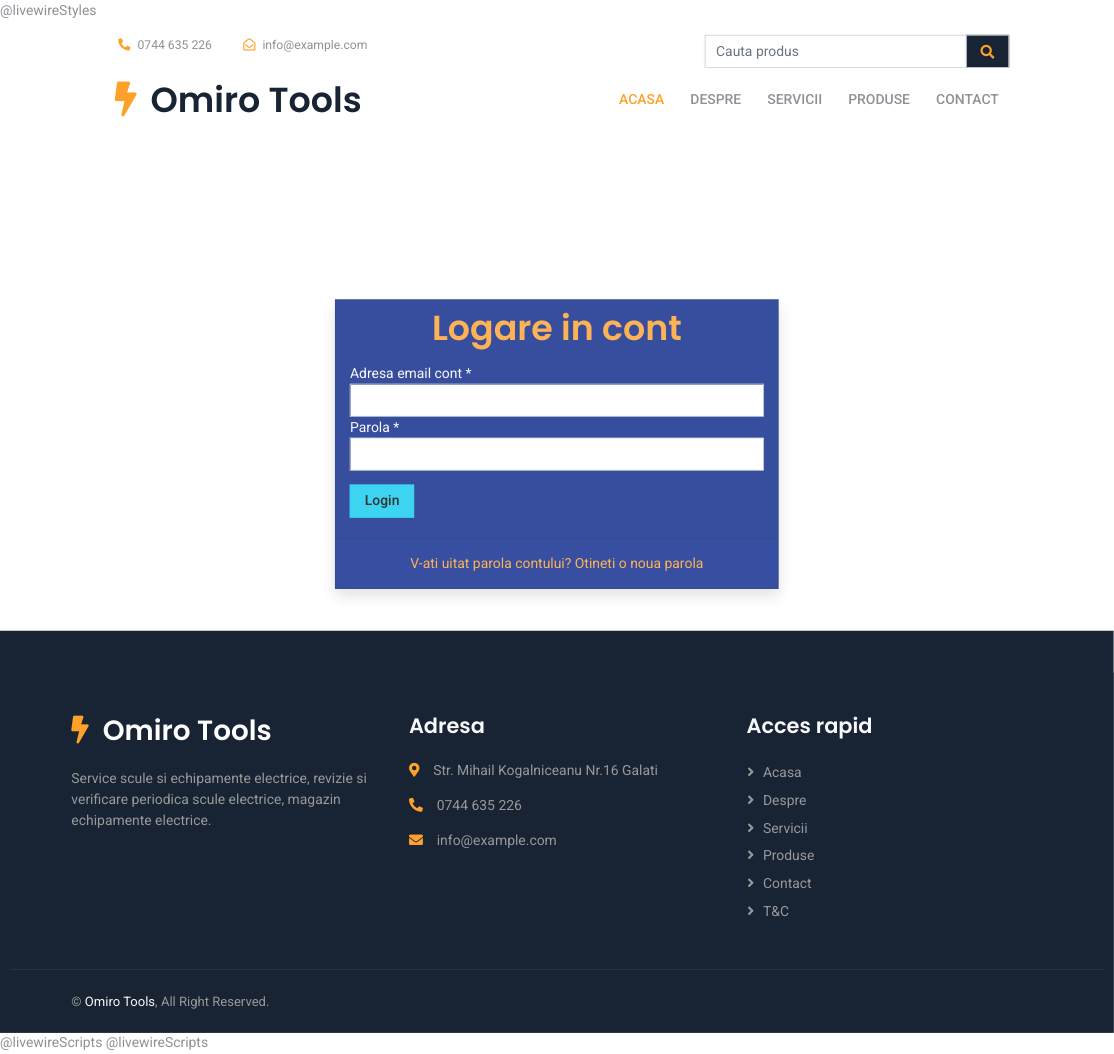
Repository: sorina0109/laravel_test
Page: http://localhost/login
The author's editor kept a copy of each file at every save. The page is drawn from the files as they stood at one save, then again after the next save.
The browser window is 1280 px wide. The pictures show the whole page, at 87% of full size.
Some web libraries are served in a nearby version. The page is served by the project's Laravel application, run on PHP 8.4 with Laravel 10.

Above is the page before, as saved 2023-08-15 14:52:17.

After the next save:
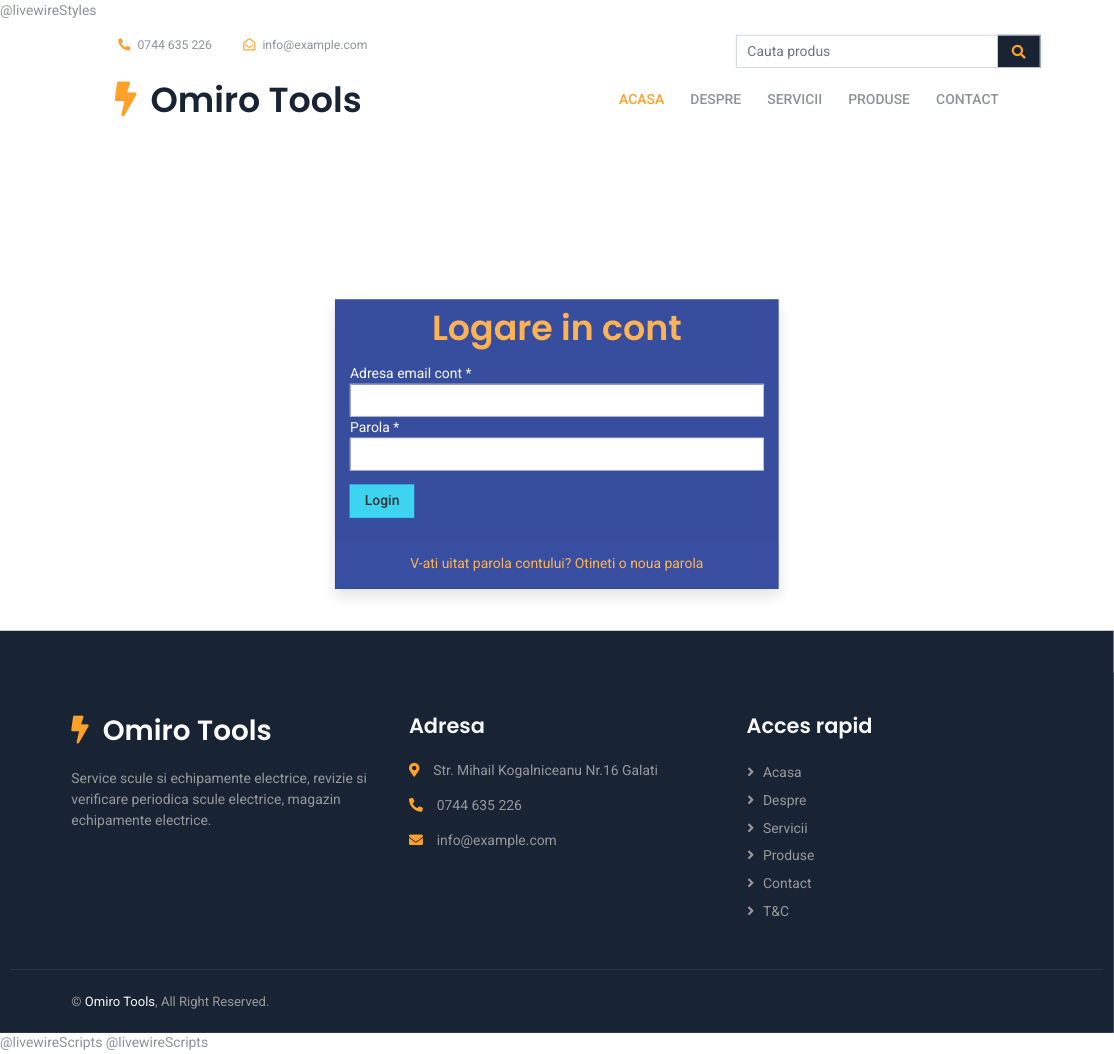
Saved 46 s later.
--- a/resources/views/front/partials/topbar.blade.php
+++ b/resources/views/front/partials/topbar.blade.php
@@ -15,7 +15,7 @@
                 <small>Luni - Vineri : 08.30 - 17.30</small>
             </div>
         </div>
-        <div class="col-lg-6 d-none d-lg-block text-end px-xl-5 pt-3" >
+        <div class="col-lg-6 d-none d-lg-block text-end pt-3" >
             <form style="display: inline-block;" action="{{ route('search') }}" method="GET" id="search-bar">
                 <div class="input-group shadow-sm " style="width: 350px;">
                     <input name="search_product" type="text" class="form-control " placeholder="Cauta produs" >

After the save that followed:
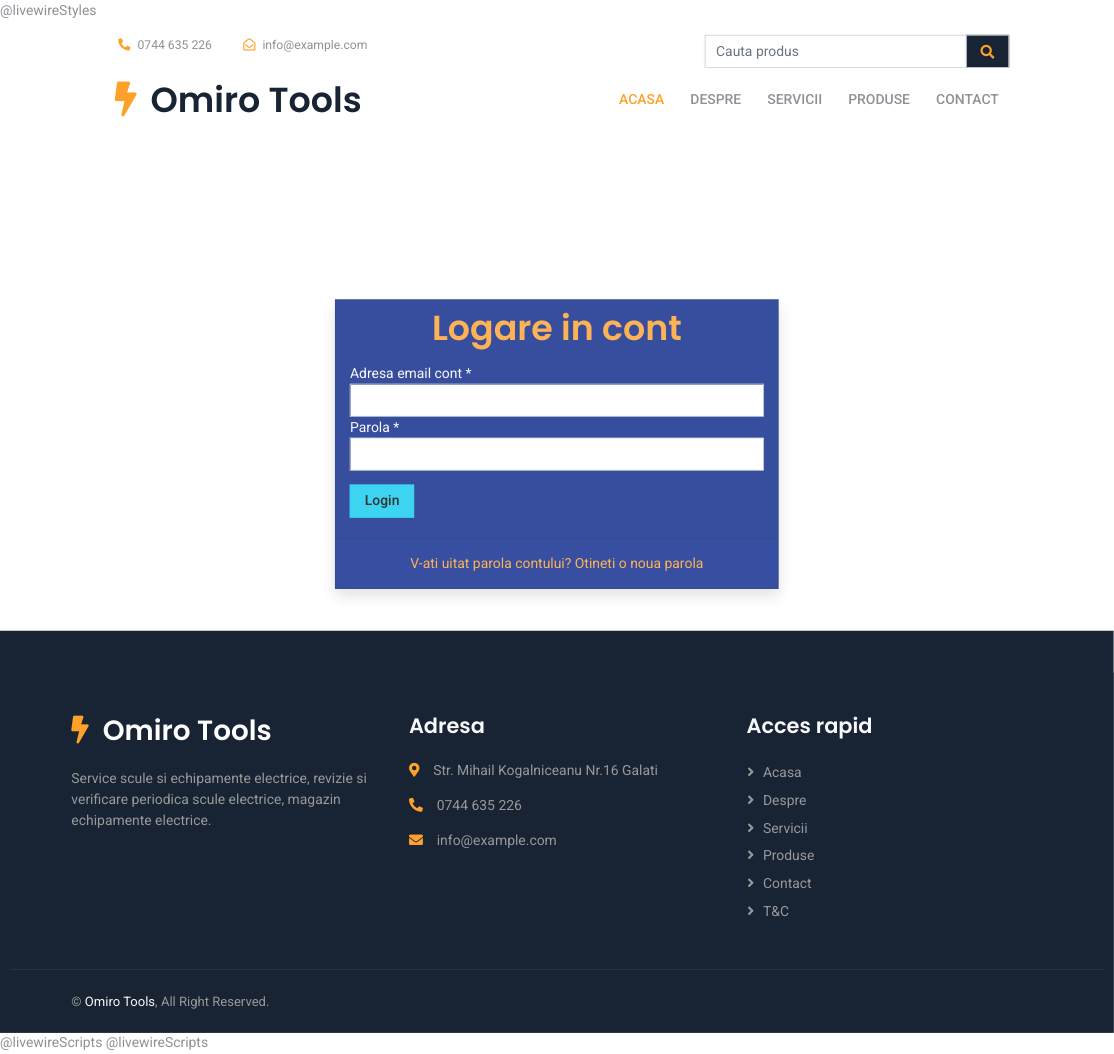
Saved 19 s later.
--- a/resources/views/front/partials/topbar.blade.php
+++ b/resources/views/front/partials/topbar.blade.php
@@ -15,7 +15,7 @@
                 <small>Luni - Vineri : 08.30 - 17.30</small>
             </div>
         </div>
-        <div class="col-lg-6 d-none d-lg-block text-end pt-3" >
+        <div class="col-lg-6 d-none d-lg-block text-end px-xl-5 pt-3" >
             <form style="display: inline-block;" action="{{ route('search') }}" method="GET" id="search-bar">
                 <div class="input-group shadow-sm " style="width: 350px;">
                     <input name="search_product" type="text" class="form-control " placeholder="Cauta produs" >
